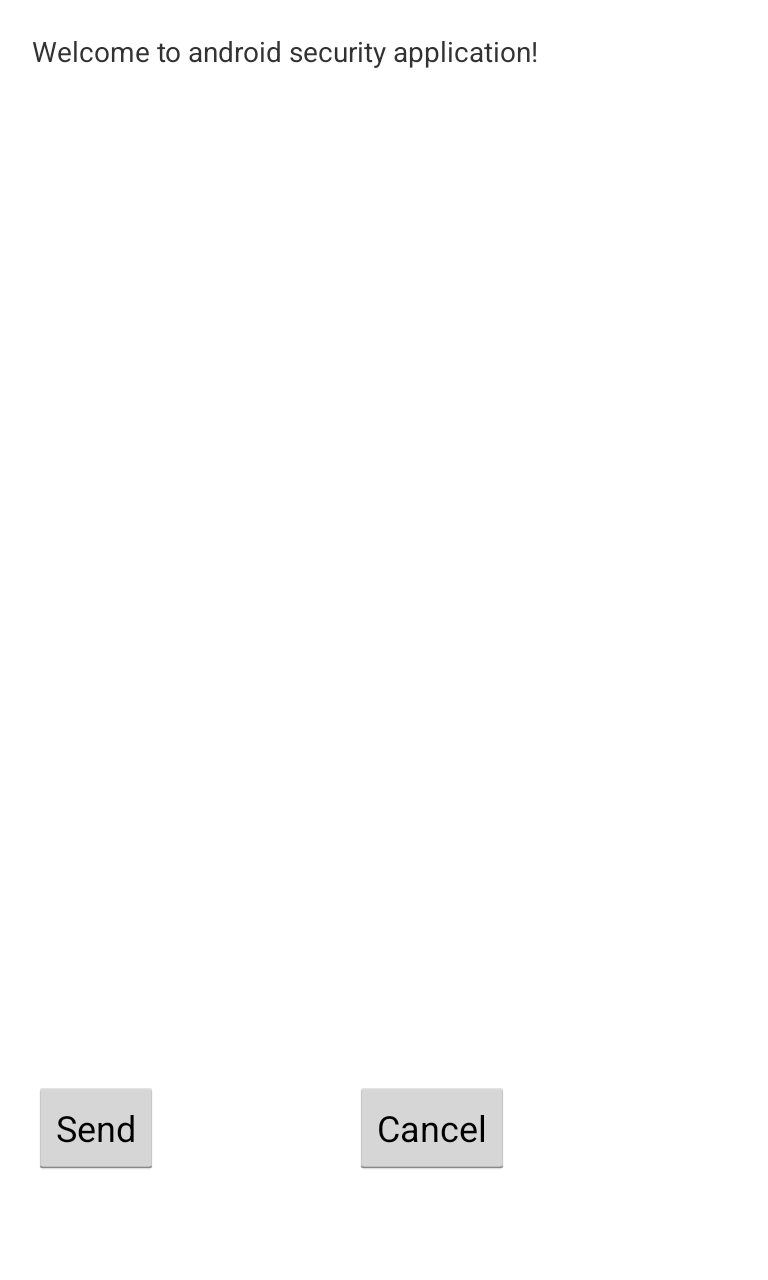
Repository: yuan8152598/android_security
Layout: android_client/AndroidSecurity/res/layout/activity_security.xml
The author's editor kept a copy of each file at every save. The layout is drawn from the files as they stood at one save, then again after the next save.
It is drawn on a 768 x 1280 px phone screen (xhdpi) without system bars, with theme AppTheme; the app's code is not run.

Above is the layout before, as saved 2014-03-14 08:45:16.

After the next save:
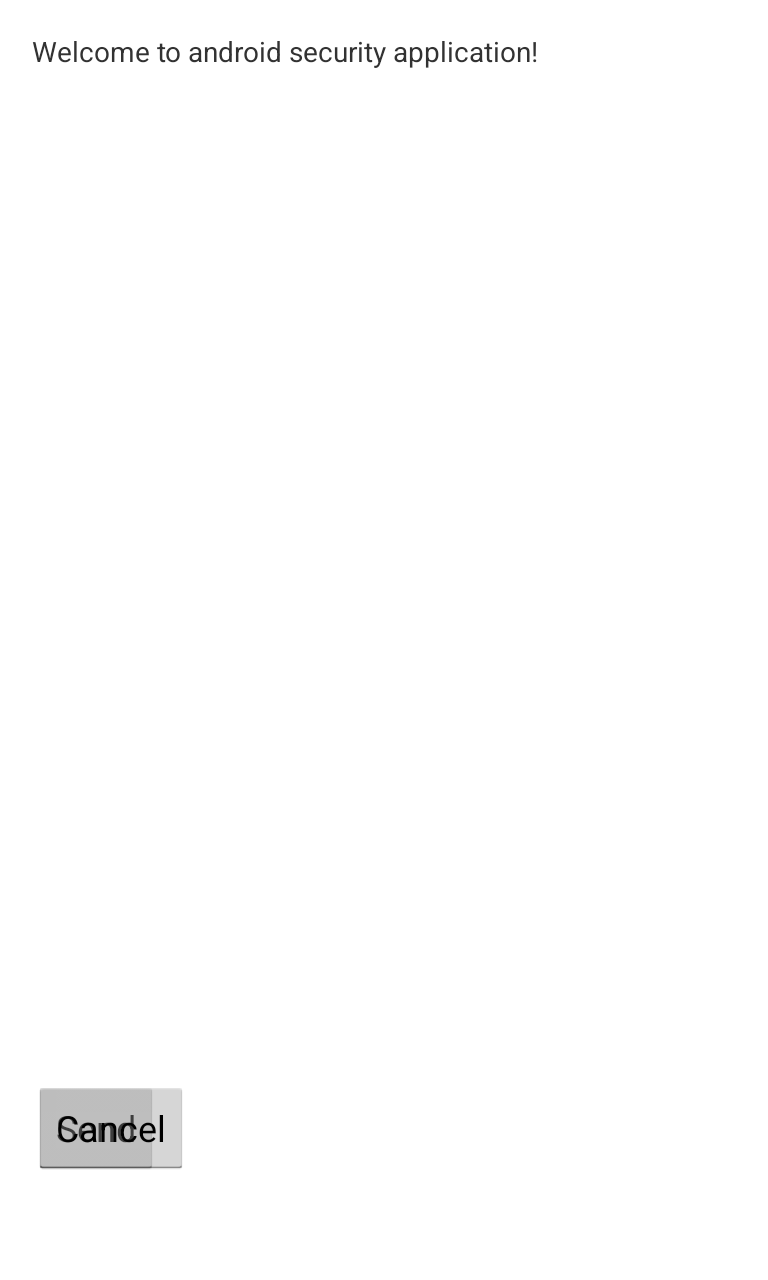
Saved 10 s later.
--- a/android_client/AndroidSecurity/res/layout/activity_security.xml
+++ b/android_client/AndroidSecurity/res/layout/activity_security.xml
@@ -9,7 +9,7 @@
     tools:context=".SecurityActivity" >
 
     <TextView
-        android:id="@+id/textView1"
+        android:id="@+id/textView_welcome"
         android:layout_width="wrap_content"
         android:layout_height="wrap_content"
         android:text="@string/Welcome" />

After the save that followed:
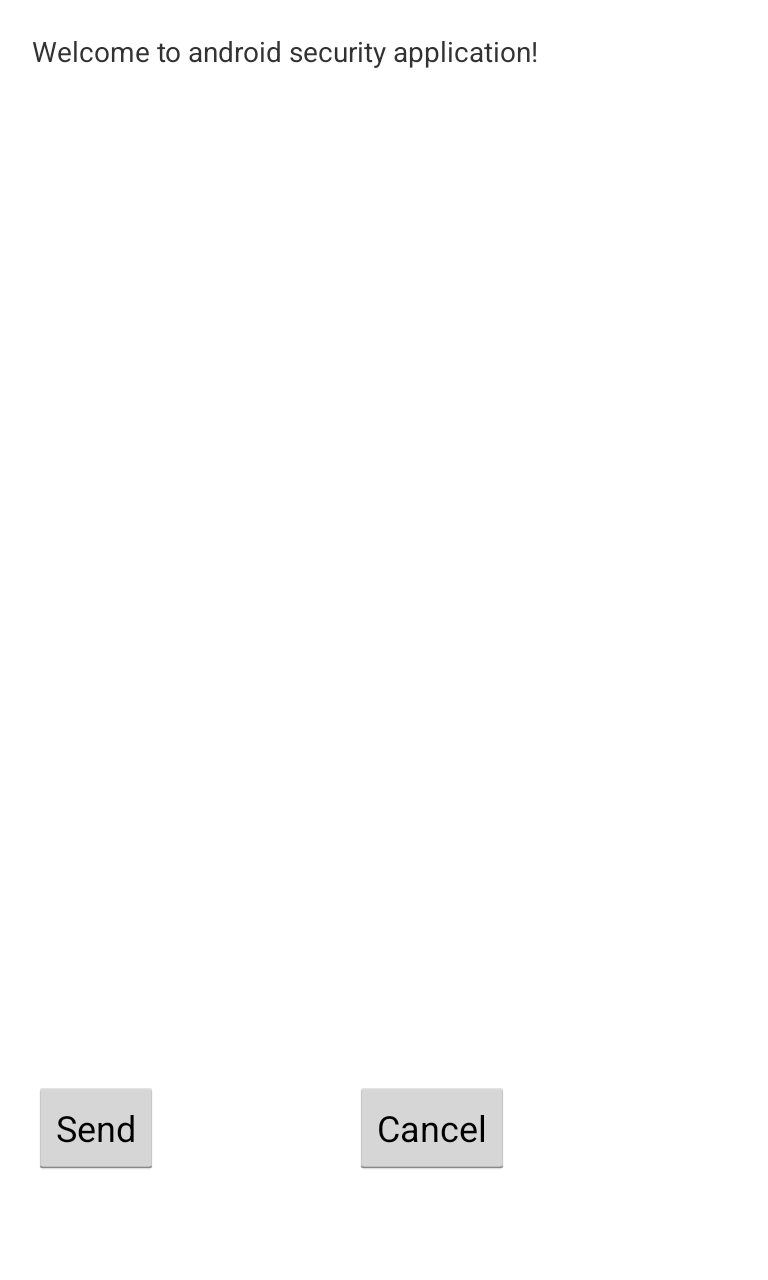
Saved 4 s later.
--- a/android_client/AndroidSecurity/res/layout/activity_security.xml
+++ b/android_client/AndroidSecurity/res/layout/activity_security.xml
@@ -29,7 +29,7 @@
         android:layout_height="wrap_content"
         android:layout_alignBaseline="@+id/send_button"
         android:layout_alignBottom="@+id/send_button"
-        android:layout_alignRight="@+id/textView1"
+        android:layout_alignRight="@+id/textView_welcome"
         android:layout_marginRight="14dp"
         android:text="@string/Cancel" />
 
